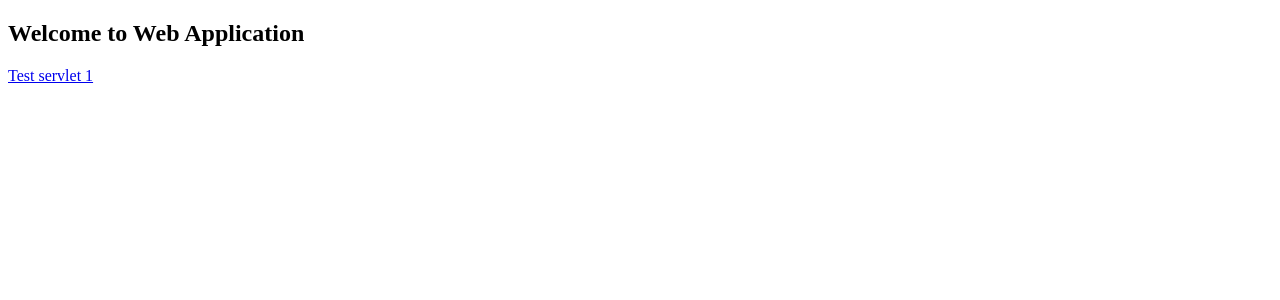
Repository: runeshgazane/Advance_Java_Practice
Page: Day2/Day2_2/src/main/webapp/home.html
These files come from the project's save history. The page is drawn as it stood at one moment and after a run of saves; the edit follows.
The browser window is 1280 px wide. The pictures show the whole page.

Above is the page before, as saved 2023-01-19 09:46:03.

After the next 2 saves:
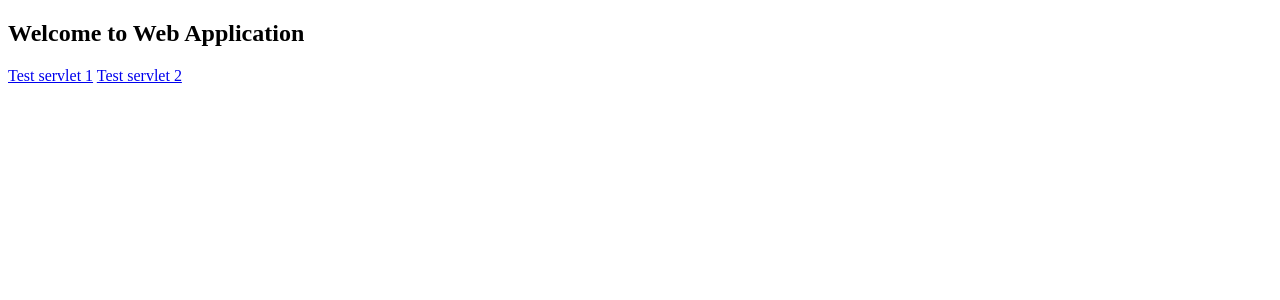
The 2 saves are shown as one change because they came seconds apart.
The last was saved 5 min 16 s later.
--- a/Day2/Day2_2/src/main/webapp/home.html
+++ b/Day2/Day2_2/src/main/webapp/home.html
@@ -7,5 +7,6 @@
 <body>
 	<h2>Welcome to Web Application</h2>
 	<a href="test1">Test servlet 1</a>
+	<a href="test2">Test servlet 2</a>
 </body>
 </html>
